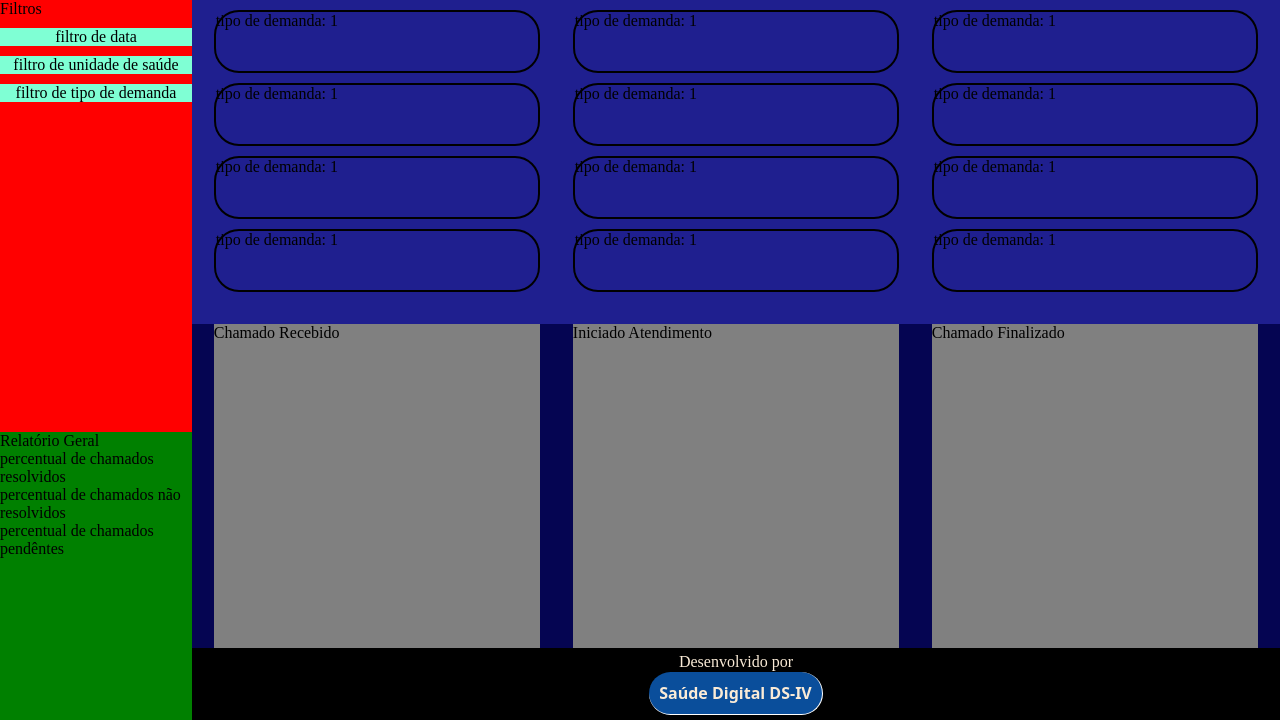
Repository: br-on/ddaf-chamados
Page: index.html
The author's editor kept a copy of each file at every save. The page is drawn from the files as they stood at one save, then again after the next save.
The browser window is 1280 px wide. The pictures show the whole page.

Above is the page before, as saved 2025-01-19 20:59:47.

After the next save:
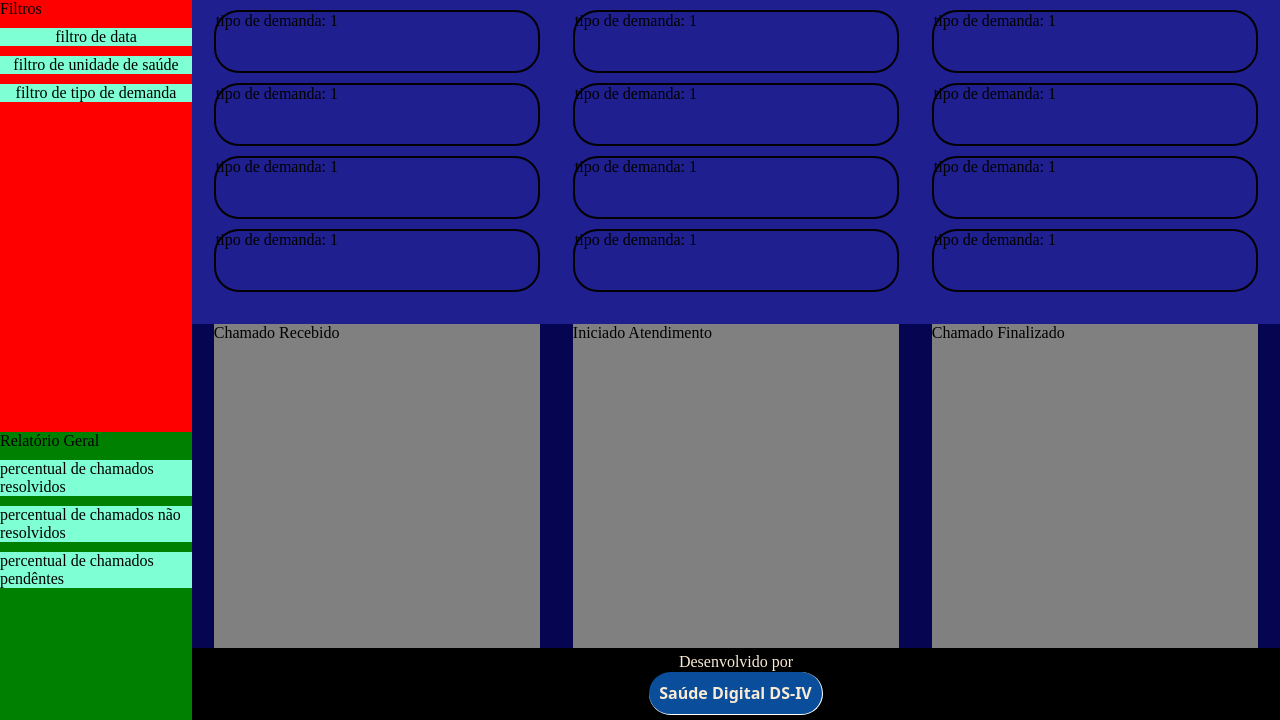
Saved 29 s later.
--- a/style.css
+++ b/style.css
@@ -69,10 +69,13 @@ footer {
     border-bottom: solid 1px white;
     border-right: solid 0.8px white;
 }
-.opcao-filtro {
+.opcao-filtro, .relatorio-geral {
     margin-top: 10px;
     display: flex;
     align-items: center;
     justify-content: center;
     background-color: aquamarine;
 }
+.relatorio-geral {
+
+}
